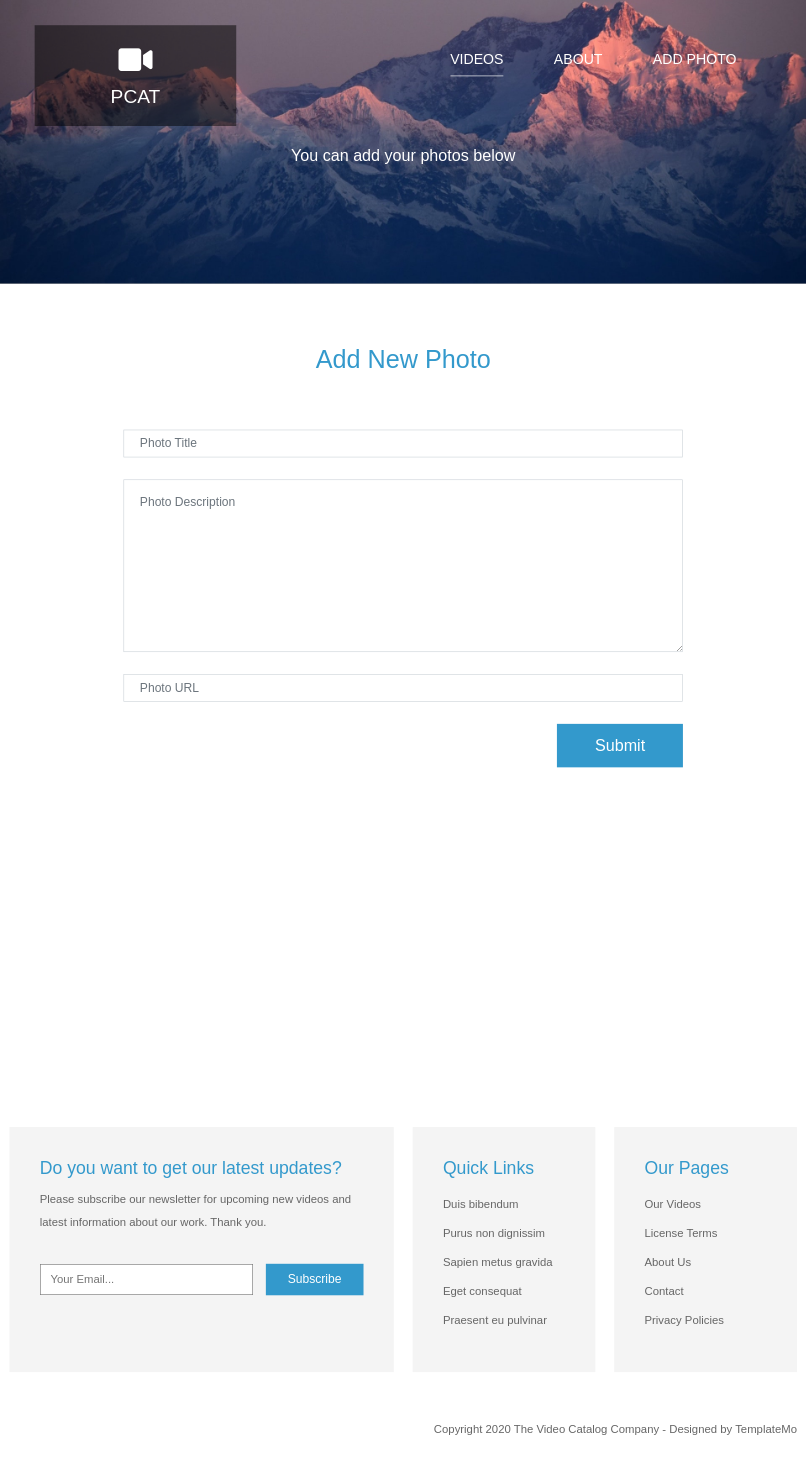
Repository: Marhamat92/PCAT-project-with-node-backend
Page: http://localhost/add
The author's editor kept a copy of each file at every save. The page is drawn from the files as they stood at one save, then again after the next save.
The browser window is 1280 px wide. The pictures show the whole page, at 63% of full size.
Backgrounds fixed to the window are drawn as part of the page. Some web fonts or font styles are not loaded; a fallback is used. The page is served by the project's Node server (app.js).

Above is the page before, as saved 2023-02-21 17:26:16.

After the next save:
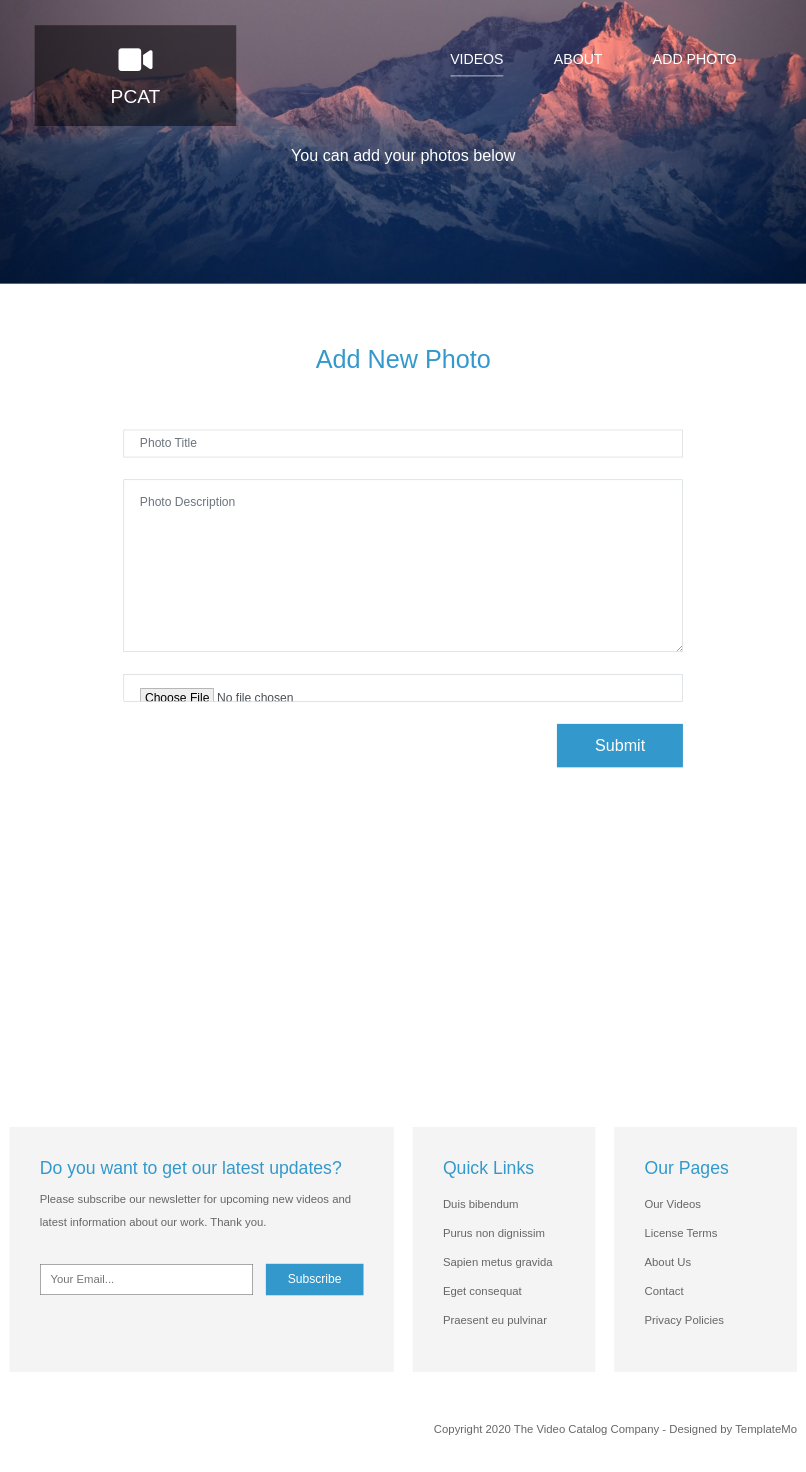
Saved 14 s later.
--- a/views/add.ejs
+++ b/views/add.ejs
@@ -39,7 +39,7 @@
                                                 placeholder="Photo Description" required></textarea>
                                         </div>
                                         <div class="form-group">
-                                            <input type="text" name="url" placeholder="Photo URL"
+                                            <input type="file" name="file" placeholder="Photo URL"
                                                 class="form-control rounded-0" required />
                                         </div>
 
